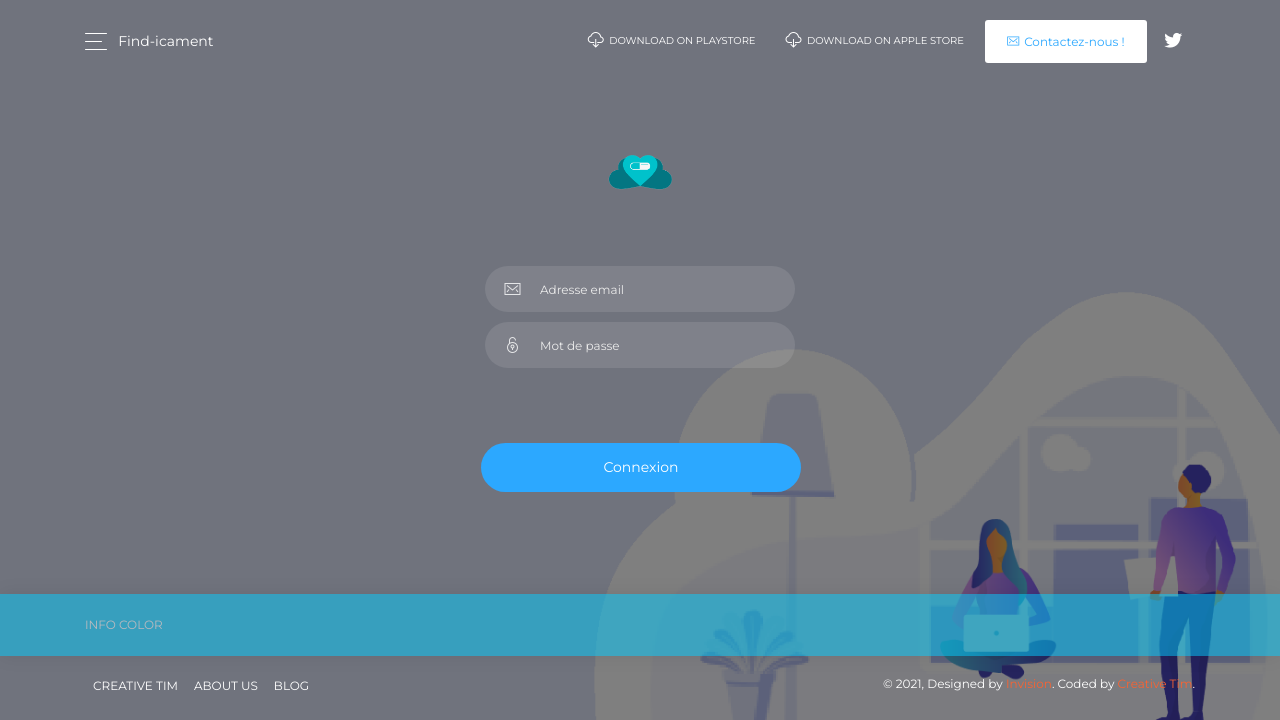
Repository: sdeschaepmeester/samanthawebsite
Page: /login-page
An editor plug-in stored every save of this project. The page is shown before and after the next save, followed by the edit.
The browser window is 1280 px wide. The pictures show the whole page.
The project was rebuilt for these pictures with package versions that can differ from the ones it lists, and the page was loaded fresh each time. Also part of the build but not shown: src/assets/demo/nucleo-icons-page-styles.css, src/components/Navbars/IndexNavbar.js, src/components/Headers/IndexHeader.js, src/components/Footers/DarkFooter.js, src/views/index-sections/Images.js, src/views/index-sections/Introduction.js, src/views/index-sections/BasicElements.js, src/views/index-sections/Navbars.js and 20 more.

Above is the page before, as saved 2021-05-31 21:23:30.

After the next save:
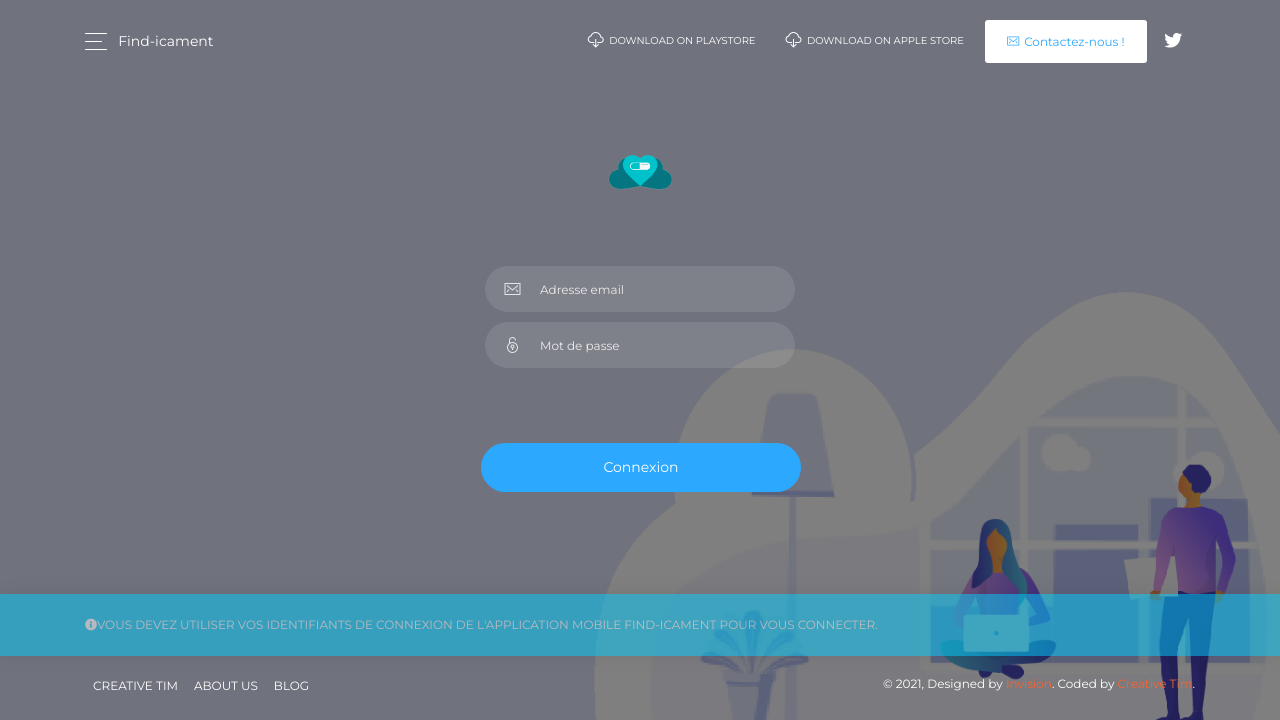
Saved 89 s later.
--- a/src/views/examples/LoginPage.js
+++ b/src/views/examples/LoginPage.js
@@ -134,7 +134,8 @@ function LoginPage() {
                     href="#pablo"
                     onClick={(e) => e.preventDefault()}
                   >
-                    Info Color
+                    <i class="fas fa-info-circle"></i>
+                    Vous devez utiliser vos identifiants de connexion de l'application mobile Find-icament pour vous connecter.
                   </NavbarBrand>
                   <button
                     onClick={() => {
